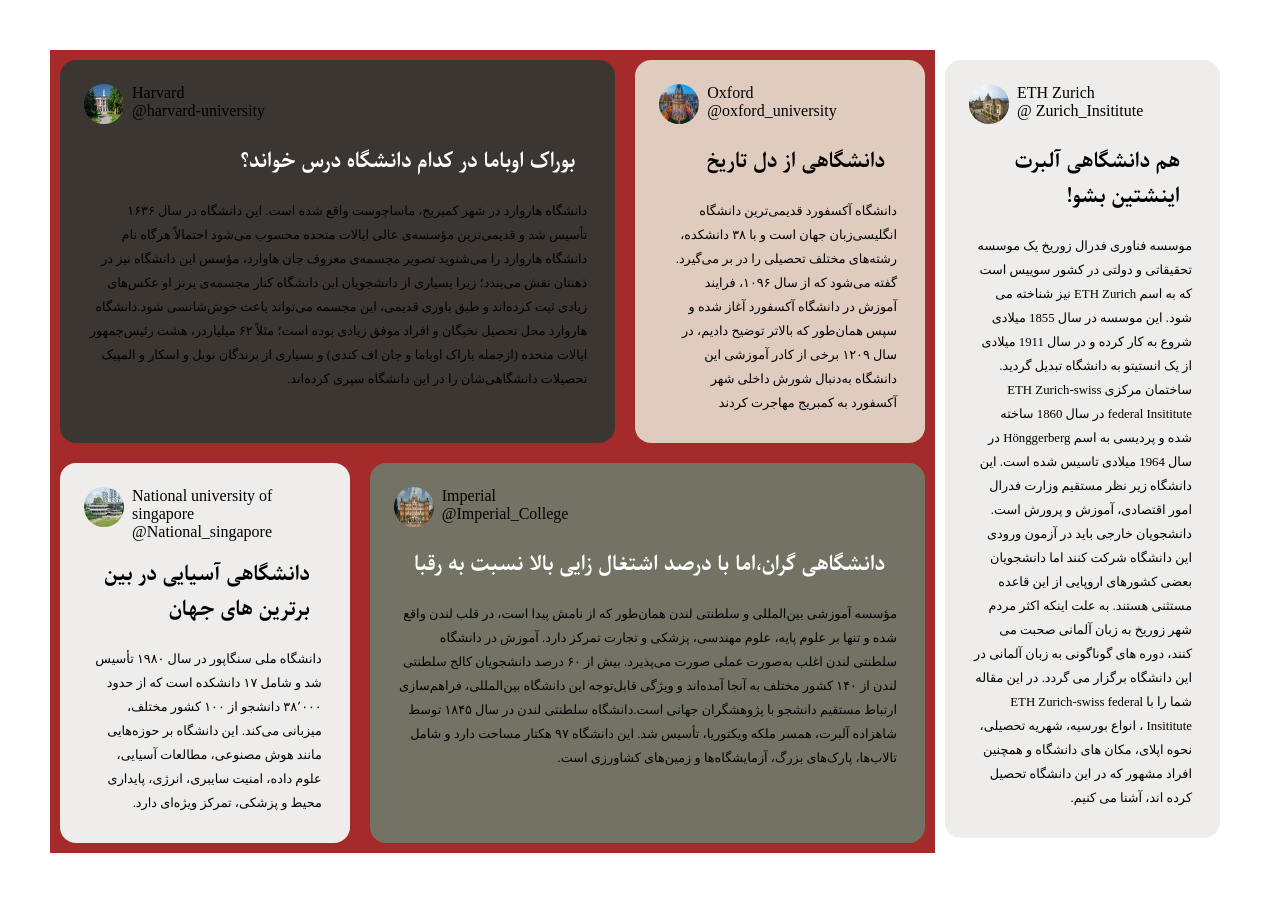
Repository: rahanwz/cards
Page: cards.html
The author's editor kept a copy of each file at every save. The page is drawn from the files as they stood at one save, then again after the next save.
The browser window is 1280 px wide. The pictures show the whole page.

Above is the page before, as saved 2024-02-17 15:52:53.

After the next save:
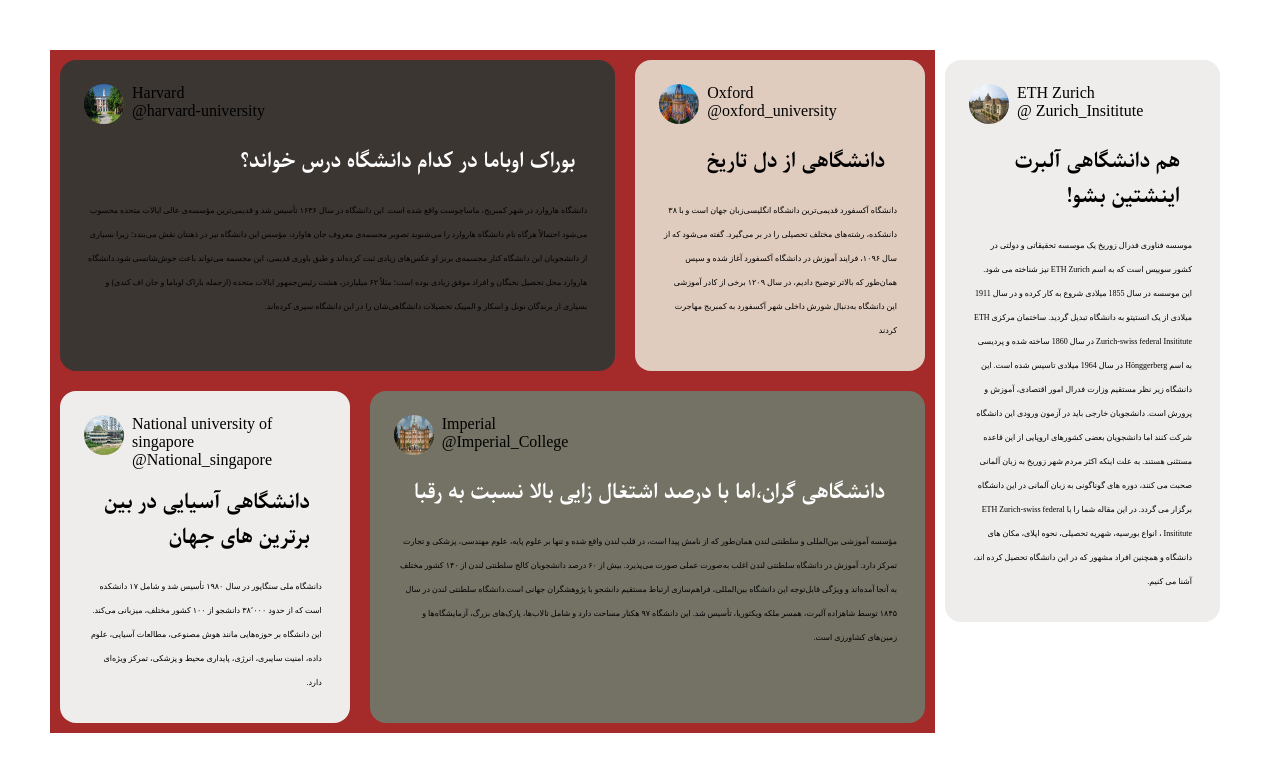
Saved 20 s later.
--- a/cards.css
+++ b/cards.css
@@ -103,7 +103,7 @@
 
 .descrip2{
   padding: .25rem;
-  font-size:.80rem;
+  font-size:.5rem;
   line-height:1.5rem;
 }
 
